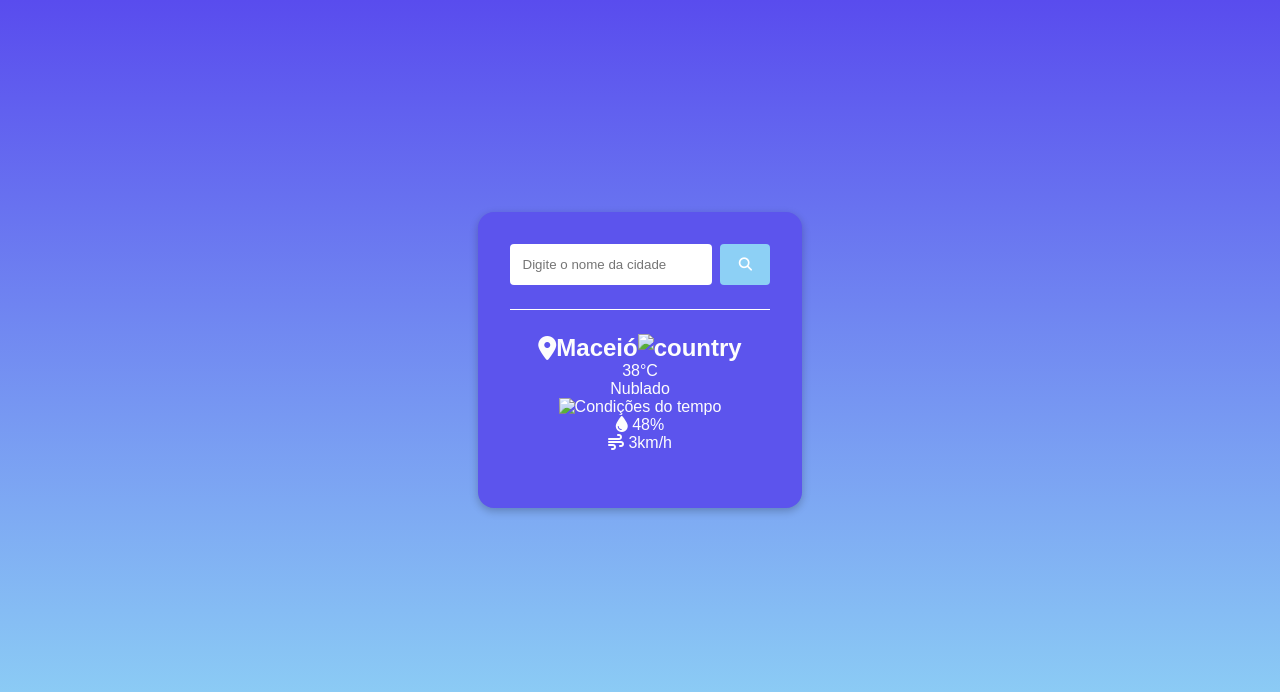
Repository: eziocdl/Weather--API
Page: index.html
The author's editor kept a copy of each file at every save. The page is drawn from the files as they stood at one save, then again after the next save.
The browser window is 1280 px wide. The pictures show the whole page.

Above is the page before, as saved 2023-06-19 15:58:03.

### index.html
<!DOCTYPE html>
<html lang="en">
<head>
    <meta charset="UTF-8">
    <meta name="viewport" content="width=device-width, initial-scale=1.0">
    <title>Weather Now</title>
    <link rel="stylesheet" href="css/styles.css" />
    <!---- Google Fonts-------->
    <link rel="preconnect" href="https://fonts.googleapis.com">
    <link rel="preconnect" href="https://fonts.gstatic.com" crossorigin>
    <link href="https://fonts.googleapis.com/css2?family=Poppins:wght@300;400;500;600;700&display=swap"
     rel="stylesheet"
    />

    <!-- Font Awesome ------------>
    <link rel="stylesheet" href="https://cdnjs.cloudflare.com/ajax/libs/font-awesome/6.4.0/css/all.min.css" integrity="sha512-iecdLmaskl7CVkqkXNQ/ZH/XLlvWZOJyj7Yy7tcenmpD1ypASozpmT/E0iPtmFIB46ZmdtAc9eNBvH0H/ZpiBw=="
     crossorigin="anonymous" referrerpolicy="no-referrer" />
    <script src="js/scripts.js" defer></script>
</head>
<body>
    <div class="container">
        <div class="form">
            <div class="form-input-container">
                <input type="text" placeholder="Digite o nome da cidade" id="city-input"
                />
                <button id="search">
                    <i class="fa-solid fa-magnifying-glass"></i>
                </button>
            </div>
        </div>
        <div id="weather-data">
            <h2>
                <i class="fa-solid fa-location-dot"></i>
                <span id="city">Maceió</span>
                <img src="" alt="country">
            </h2>
            <p id="temperature"><span>38</span>&deg;C</p>
            <div id="description-container">
                <p id="description">Nublado</p>
                <img src="" alt="Condições do tempo" id="weather-icon" />
            </div>
            <div class="details-container">
                <p id="umidity">
                    <i class="fa-solid fa-droplet"></i>
                      <span>48%</span>
                </p>
                <p id="wind">
                    <i class="fa-solid fa-wind"></i>
                    <span>3km/h</span>
                </p>
            </div>
        </div>
    </div>
</body>
</html>

### css/styles.css

* {
    padding: 0;
    margin: 0;
    font-family: "ubuntu", sans-serif;
}

body {
    background: linear-gradient(180deg, #594cee 0%, #8dd0f5 100%);
    display: flex;
    justify-content: center;
    align-items: center;
    height: 100vh;
}

.hide {
    display: none;
}

.container {
    background-color: #5c54ed;
    box-shadow: rgba(0, 0, 0, 0.24) 0px 3px 8px;
    padding: 2rem;
    color: #FDFDFD;
    border-radius: 1rem;

}

.form h3 {
    margin-bottom: 1rem;
}

.form-input-container {
    display: flex;
}

.form input {
    padding: 0.8rem;
    border: none;
    flex: 1;
    border-radius: 4px;
}

.form button {
    padding: 0.8rem;
    min-width: 50px;
    margin-left: 8px;
    background-color: #8dd0f5;
    color: #fff;
    border: none;
    border-radius: 4px;
    cursor: pointer;
}

#weather-data {
    border-top: 1px solid #fff;
    margin-top: 1.5rem;
    padding: 1.5rem;
    text-align: center;
}

#weather-data h2 {
    display: flex;
    justify-content: center;
    align-items: center;
}

### js/scripts.js
// ba0ed798b46f1b88b59226e7505deaa3

After the next save:
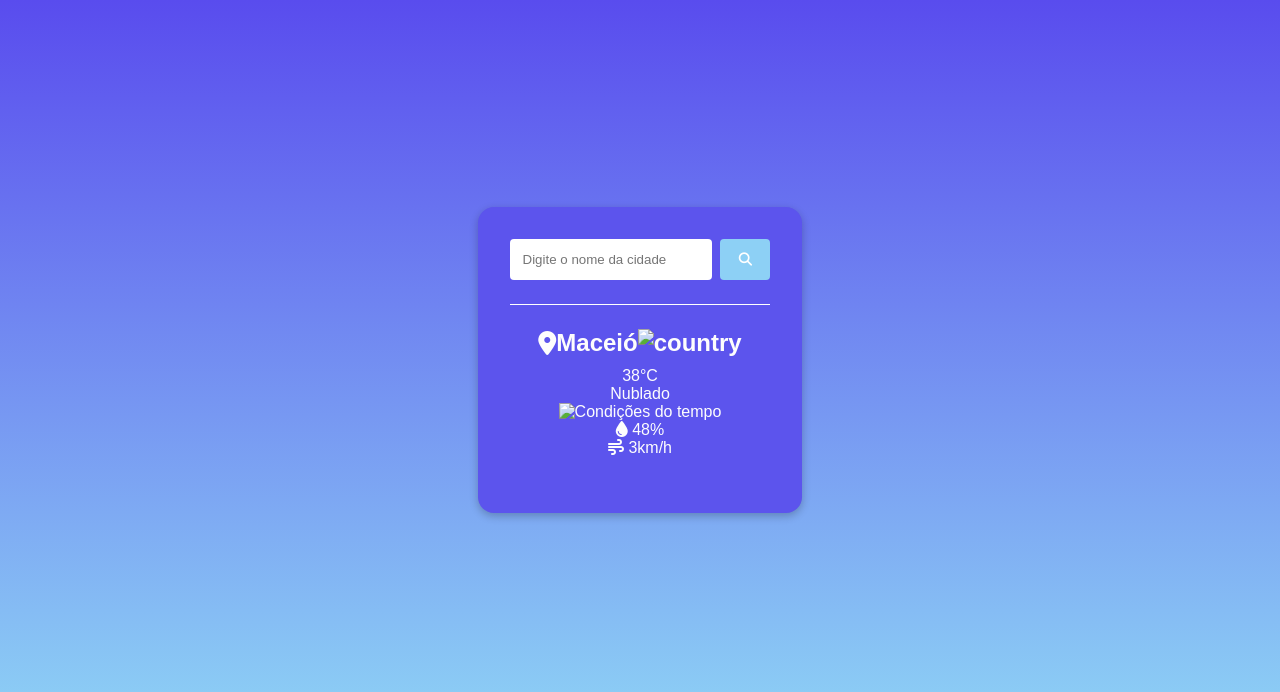
Saved 11 s later.
--- a/css/styles.css
+++ b/css/styles.css
@@ -63,4 +63,5 @@ body {
     display: flex;
     justify-content: center;
     align-items: center;
+    margin-bottom: 0.6rem;
 }
